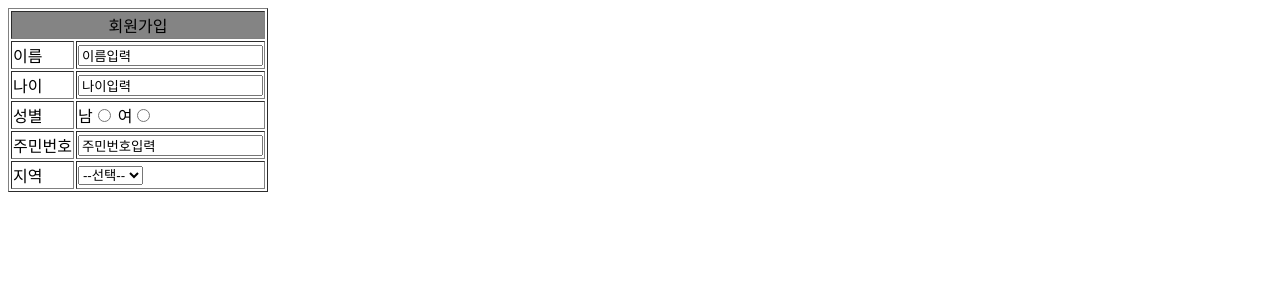
Repository: gunvv00/Java_practice
Page: html_work/html01/WebContent/goods.html
The author's editor kept a copy of each file at every save. The page is drawn from the files as they stood at one save, then again after the next save.
The browser window is 1280 px wide. The pictures show the whole page.

Above is the page before, as saved 2020-01-02 06:37:27.

### html_work/html01/WebContent/goods.html
<!DOCTYPE html>
<html>
<head>
<meta charset="UTF-8">
<title>Insert title here</title>
</head>
<body>
	<TABLE Border = 1 height = 100 >
	<tr>
		<td bgcolor = "#848484" align = center colspan = "2">회원가입</td>
	</tr>
	<tr>
		<td>이름</td>
		<td><input type = "text" name="name" value = "이름입력"></td>
	</tr>
	<tr>
		<td>나이</td>
		<td><input type = "text" name="age" value = "나이입력"></td>
	</tr>
	<tr>
		<td>성별</td>
		<td>남<input type = "radio" name="gender"/>
			여<input type = "radio" name="gender"/>
		</td>
	</tr>
	<tr>
		<td>주민번호</td>
		<td><input type = "text" name="jumin" value = "주민번호입력"></td>
	</tr>
	<tr>
		<td>지역</td>
		<td>
		<select name = "location">
		<option value="">--선택--</option>
		<option value="j1">서울</option>
		<option value="j2">경기도</option>
		<option value="j3">전라도</option>
		<option value="j3">충청도</option>
		<option value="j3">경상도</option>
		<option value="j3">제주</option>
		</select>
		</td>
	</tr>
	</TABLE>

</body>
</html>

After the next save:
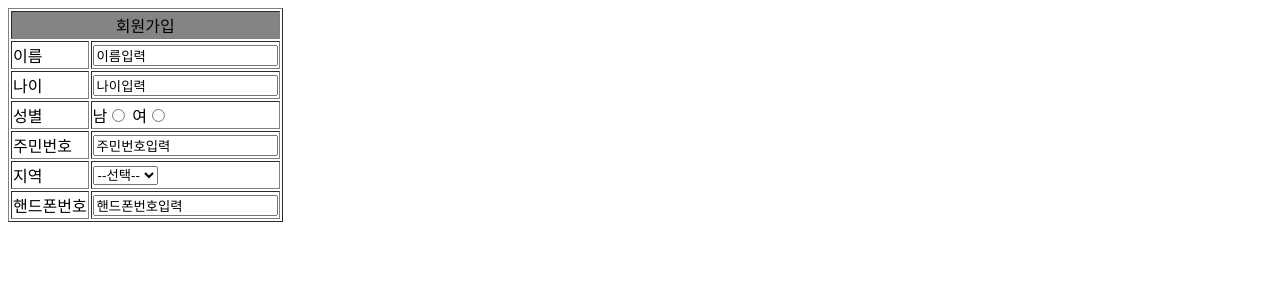
Saved 2 min 0 s later.
--- a/html_work/html01/WebContent/goods.html
+++ b/html_work/html01/WebContent/goods.html
@@ -41,6 +41,10 @@
 		</select>
 		</td>
 	</tr>
+	<tr>
+		<td>핸드폰번호</td>
+		<td><input type = "text" name="phonenumber" value = "핸드폰번호입력"></td>
+	</tr>
 	</TABLE>
 
 </body>
